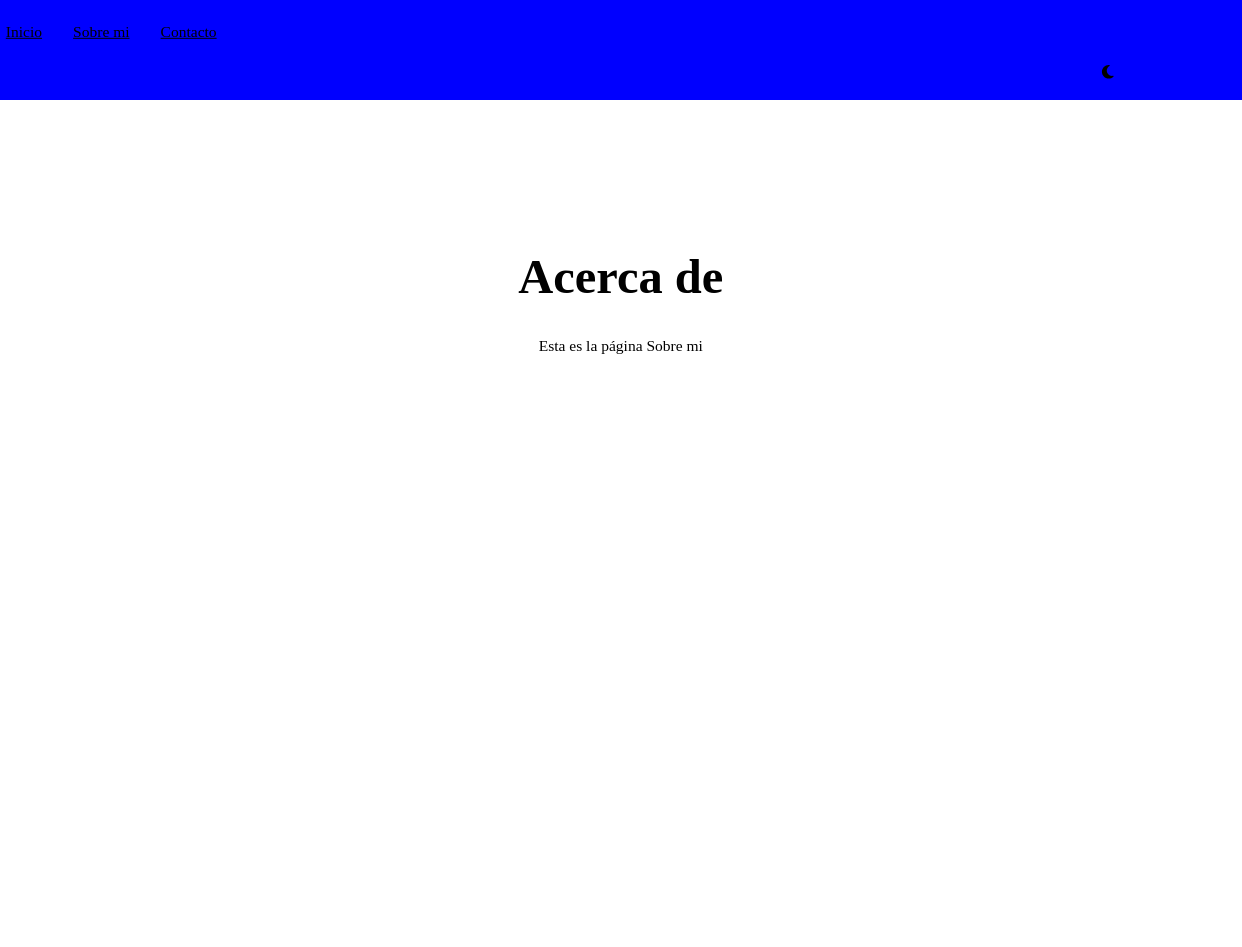
Repository: izhanlaraagarcia/izhanlaraagarcia.github.io
Page: /sobre-mi (app in vite-project/)
The author's editor kept a copy of each file at every save. The page is drawn from the files as they stood at one save, then again after the next save.
The browser window is 1280 px wide. The pictures show the whole page, at 97% of full size.
The project was rebuilt for these pictures with package versions that can differ from the ones it lists, and the page was loaded fresh each time. Also part of the build but not shown: vite-project/vite.config.js, vite-project/src/Home/Styles/estilos.css, vite-project/src/Componentes-Generales/banner.jsx, vite-project/src/Componentes-Generales/styles/footer.css, vite-project/src/Componentes-Generales/footer.jsx, vite-project/src/Home/Inicio.jsx, vite-project/src/pages/Contact/contact.jsx.

Above is the page before, as saved 2024-07-11 21:11:10.

After the next save:
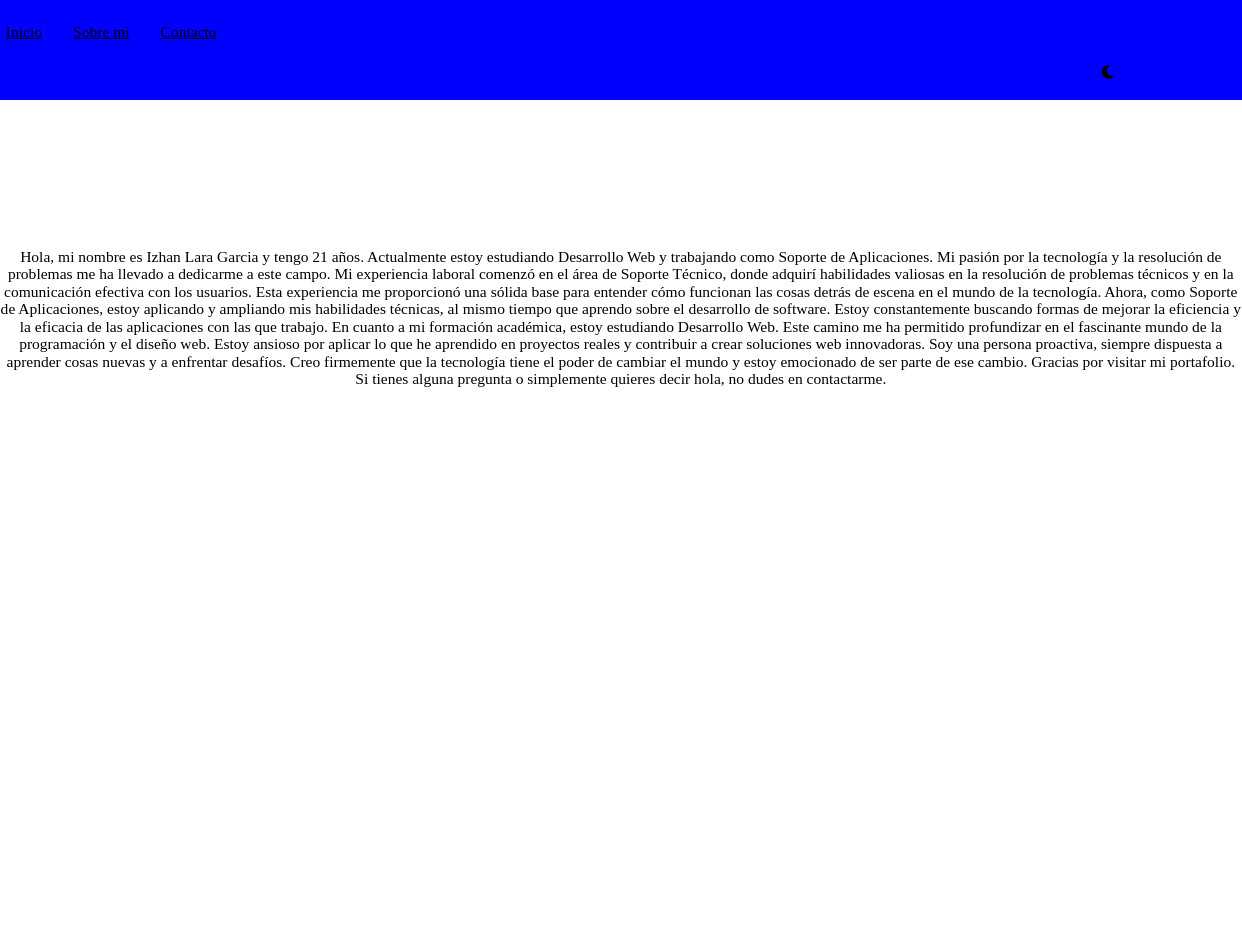
Saved 8 min 29 s later.
--- a/vite-project/src/pages/About/about.jsx
+++ b/vite-project/src/pages/About/about.jsx
@@ -6,8 +6,18 @@ class About extends React.Component {
     return (
       <div>
         <Menu />
-        <h1>Acerca de</h1>
-        <p>Esta es la página Sobre mi</p>
+        Hola, mi nombre es Izhan Lara Garcia y tengo 21 años. Actualmente estoy estudiando Desarrollo Web y trabajando como Soporte de Aplicaciones. Mi pasión por la tecnología y la resolución de problemas me ha llevado a dedicarme a este campo.
+
+Mi experiencia laboral comenzó en el área de Soporte Técnico, donde adquirí habilidades valiosas en la resolución de problemas técnicos y en la comunicación efectiva con los usuarios. Esta experiencia me proporcionó una sólida base para entender cómo funcionan las cosas detrás de escena en el mundo de la tecnología.
+
+Ahora, como Soporte de Aplicaciones, estoy aplicando y ampliando mis habilidades técnicas, al mismo tiempo que aprendo sobre el desarrollo de software. Estoy constantemente buscando formas de mejorar la eficiencia y la eficacia de las aplicaciones con las que trabajo.
+
+En cuanto a mi formación académica, estoy estudiando Desarrollo Web. Este camino me ha permitido profundizar en el fascinante mundo de la programación y el diseño web. Estoy ansioso por aplicar lo que he aprendido en proyectos reales y contribuir a crear soluciones web innovadoras.
+
+Soy una persona proactiva, siempre dispuesta a aprender cosas nuevas y a enfrentar desafíos. Creo firmemente que la tecnología tiene el poder de cambiar el mundo y estoy emocionado de ser parte de ese cambio.
+
+Gracias por visitar mi portafolio. Si tienes alguna pregunta o simplemente quieres decir hola, no dudes en contactarme.
+
       </div>
     );
   }
